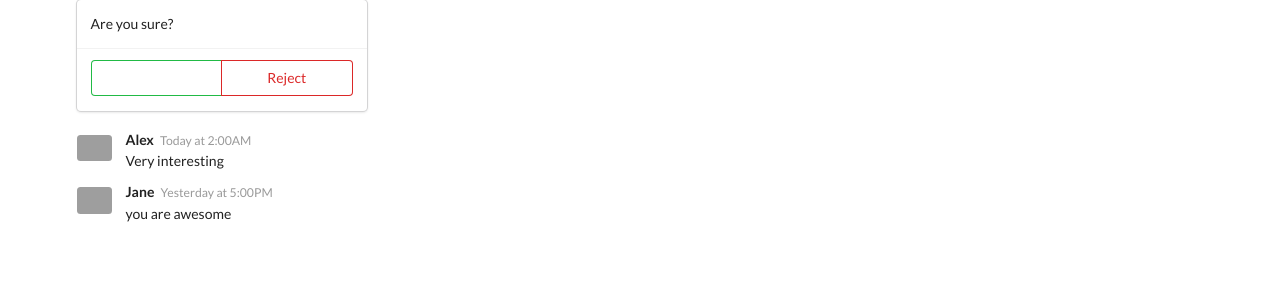
Repository: EgorSherstnev/Components
Page: /
An editor plug-in stored every save of this project. The page is shown before and after the next save, followed by the edit.
The browser window is 1280 px wide. The pictures show the whole page.
Pictures or frames that could not be fetched are drawn as grey boxes. The project was rebuilt for these pictures with package versions that can differ from the ones it lists, and the page was loaded fresh each time.

Above is the page before, as saved 2022-09-19 22:24:50.

After the next save:
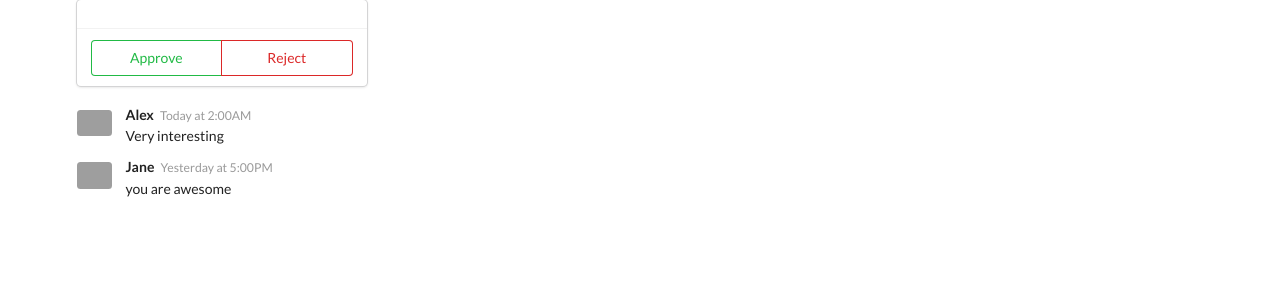
Saved 13 s later.
--- a/src/ApprovalCard.js
+++ b/src/ApprovalCard.js
@@ -5,12 +5,12 @@ const ApprovalCard = (props) => {
     return (
         <div className="ui card">
             <div className="content">
-                Are you sure?
+                {props.content}
             </div>
             <div className="extra content">
                 <div className="ui two buttons">
                     <div className="ui basic green button">
-                        {props.content}
+                        Approve
                     </div>
                     <div className="ui basic red button">Reject</div>
                 </div>
